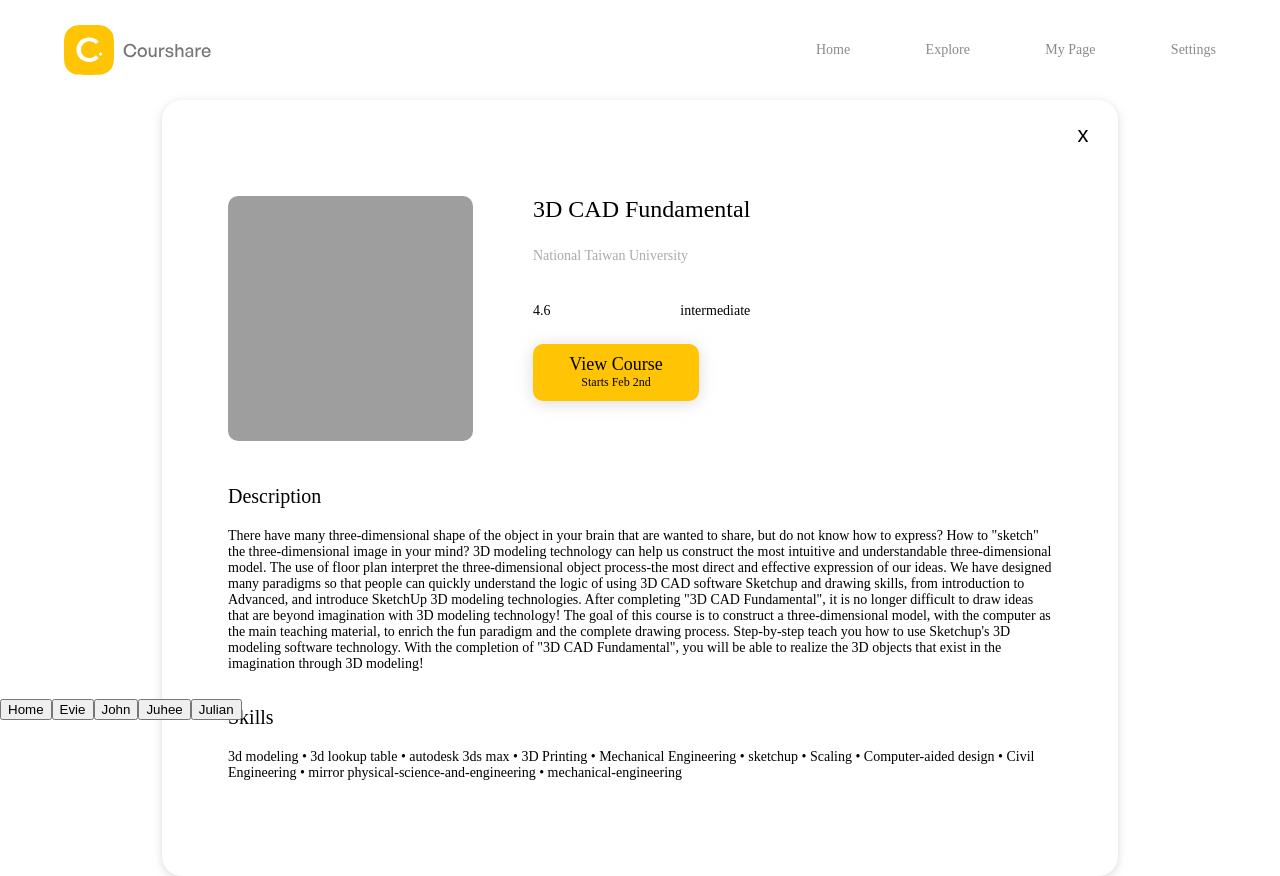
Repository: julianm09/courshare-app
Page: /comps/juhee
An editor plug-in stored every save of this project. The page is shown before and after the next save, followed by the edit.
The browser window is 1280 px wide. The pictures show the whole page.
Pictures or frames that could not be fetched are drawn as grey boxes. The project was rebuilt for these pictures with package versions that can differ from the ones it lists, and the page was loaded fresh each time. The framework's server and built-in components were replaced by stand-ins that run in the browser. Also part of the build but not shown: next.config.js.

Above is the page before, as saved 2022-02-07 14:45:27.

After the next save:
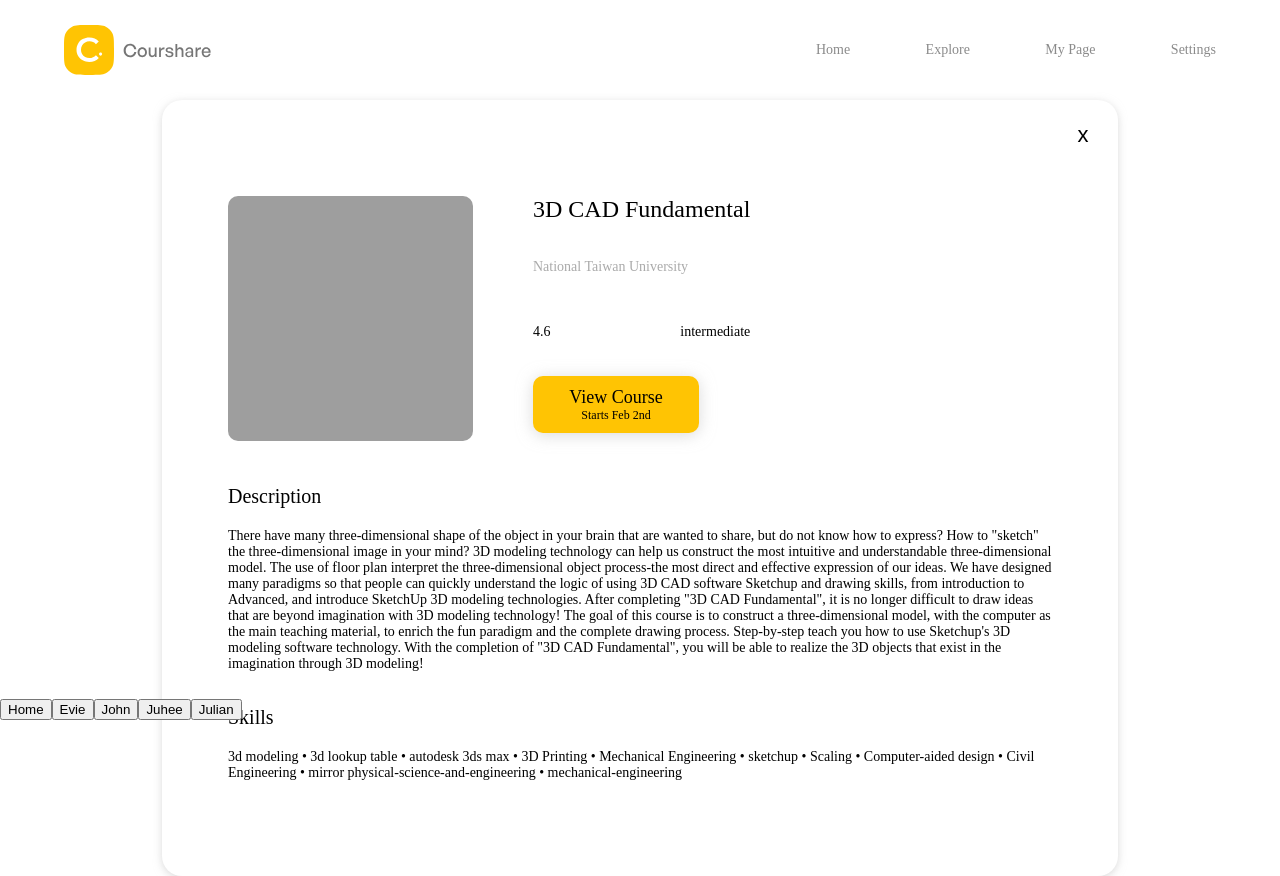
Saved 5 s later.
--- a/components/CourseDetailCard.js
+++ b/components/CourseDetailCard.js
@@ -65,7 +65,7 @@
   display: flex;
   flex-direction: row;
   justify-content: space-between;
-  margin-bottom: 5%;
+  margin-bottom: 10%;
 `;
 const SecondCont = styled.div`
   margin-top: 20px;
